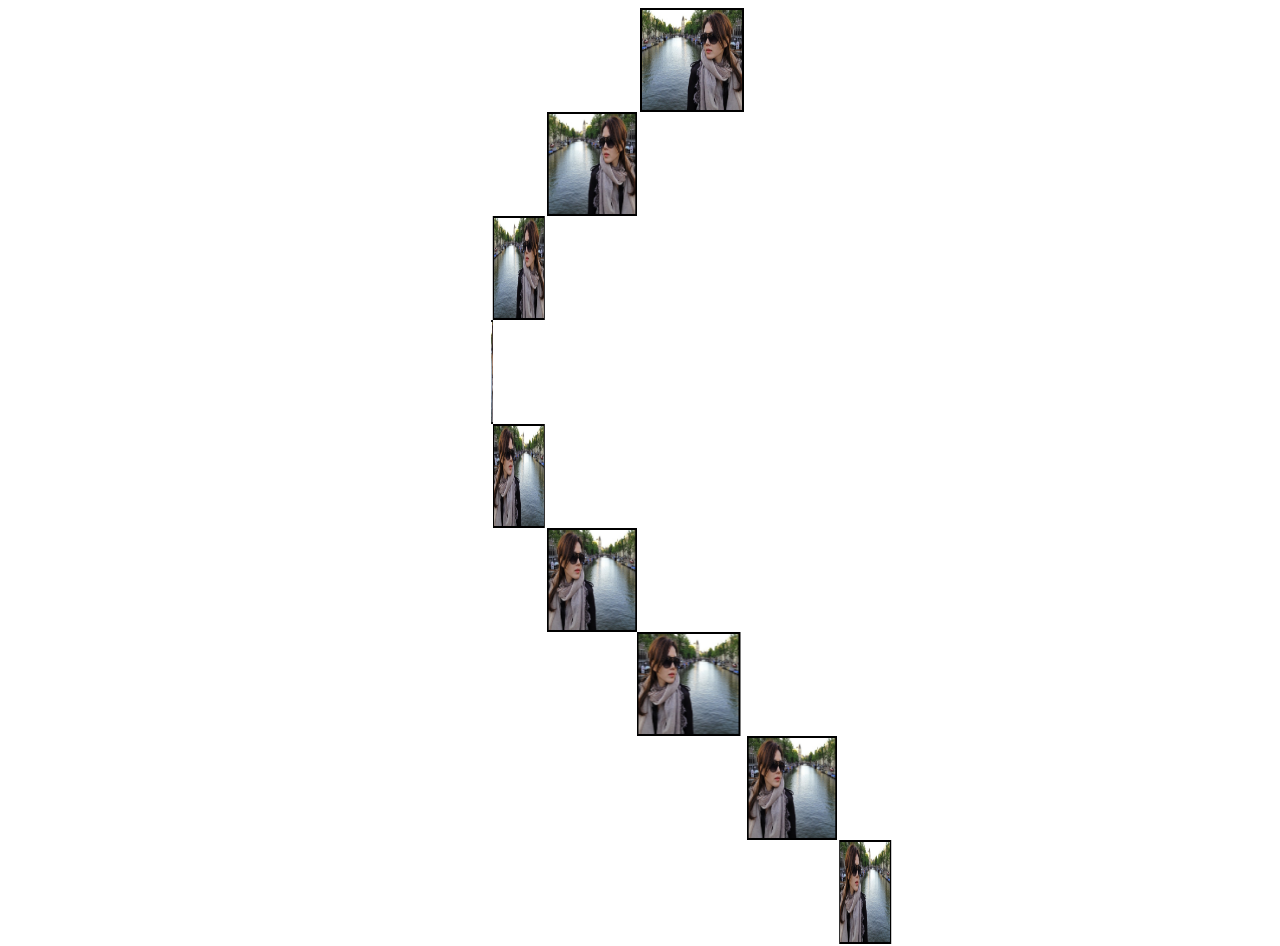
Repository: hojohe/bit-java
Page: 07_css/WebContent/14_transform/07_z.html
An editor plug-in stored every save of this project. The page is shown before and after the next save, followed by the edit.
The browser window is 1280 px wide. The pictures show the whole page.

Above is the page before, as saved 2017-01-25 02:33:02.

After the next save:
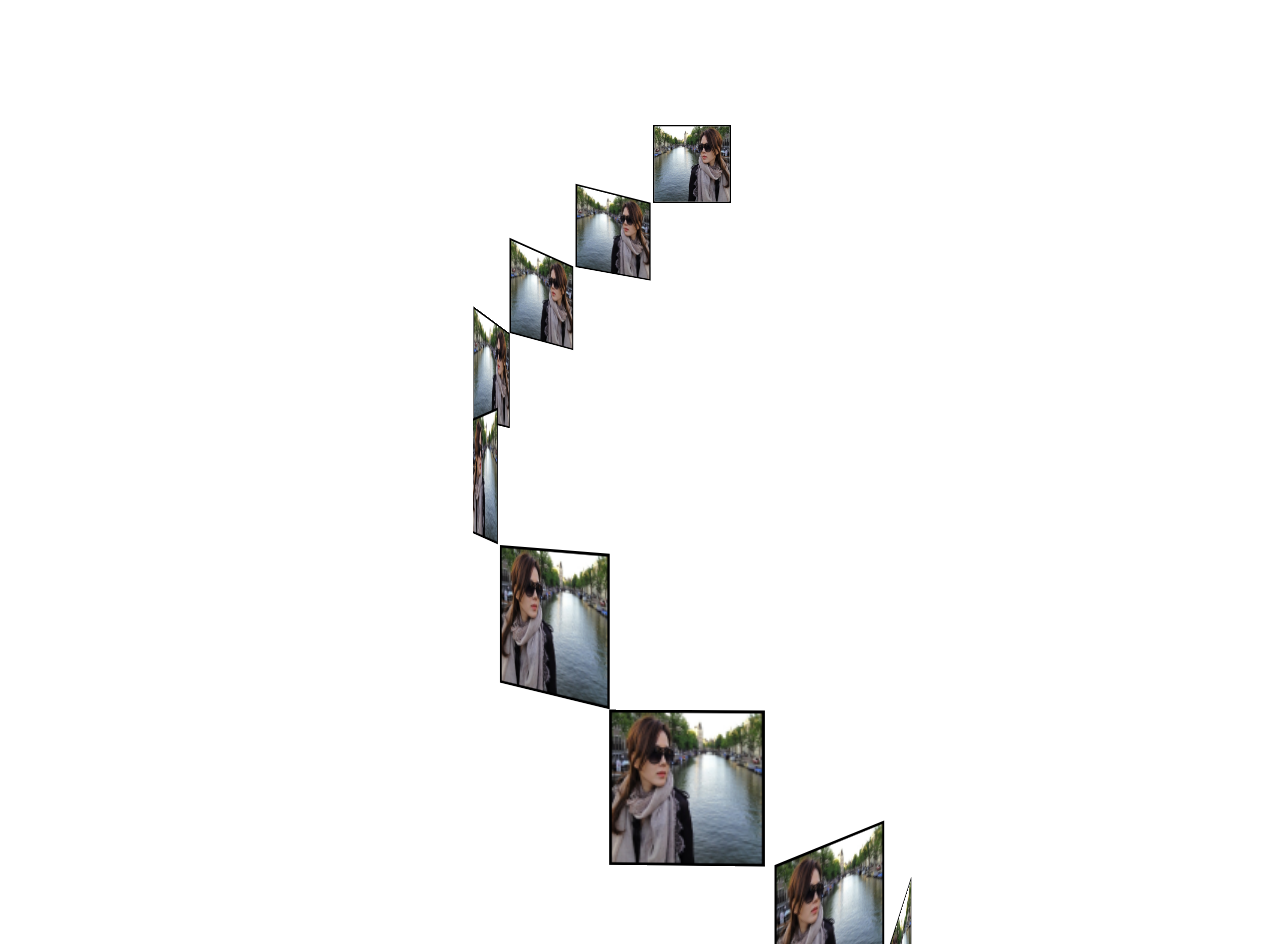
Saved 45 s later.
--- a/07_css/WebContent/14_transform/07_z.html
+++ b/07_css/WebContent/14_transform/07_z.html
@@ -11,6 +11,7 @@
 		#wheel {
 			position: absolute;
 			left: 50%;
+			perspective: 600px;
 			transform-style: preserve-3d;
 		}
 
